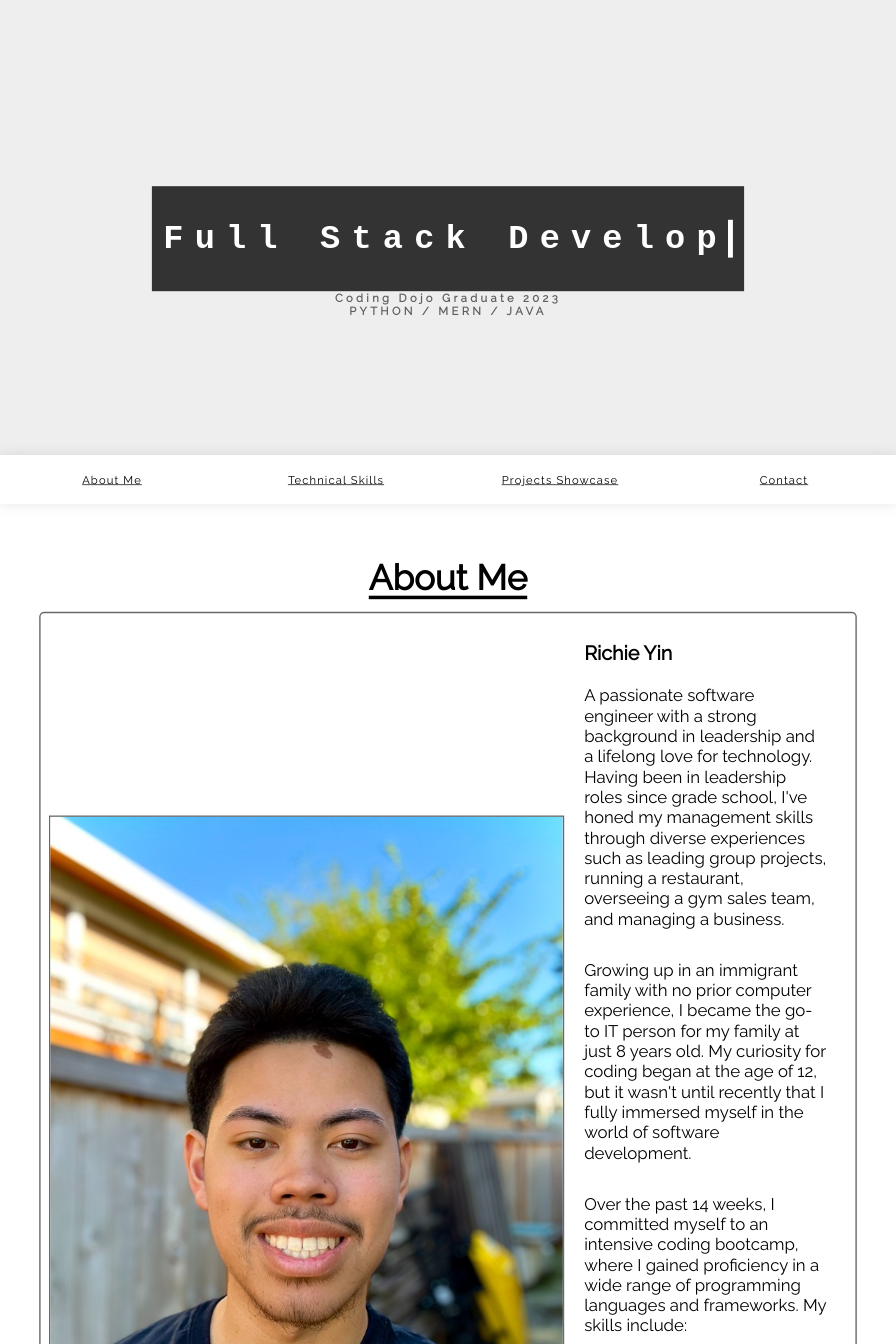
Repository: RICHIE-YIN/Personal-Portfolio
Page: index.html
The author's editor kept a copy of each file at every save. The page is drawn from the files as they stood at one save, then again after the next save.
The browser window is 1280 px wide. The pictures show the part of the page from y = 0 to 1920 px (the page is 4183 px tall before and 4473 px after), at 70% of full size.
Some web fonts or font styles are not loaded; a fallback is used.

Above is the page before, as saved 2023-06-19 23:15:30.
Console error: TypeError: Cannot read properties of null (reading 'getBoundingClientRect')

After the next save:
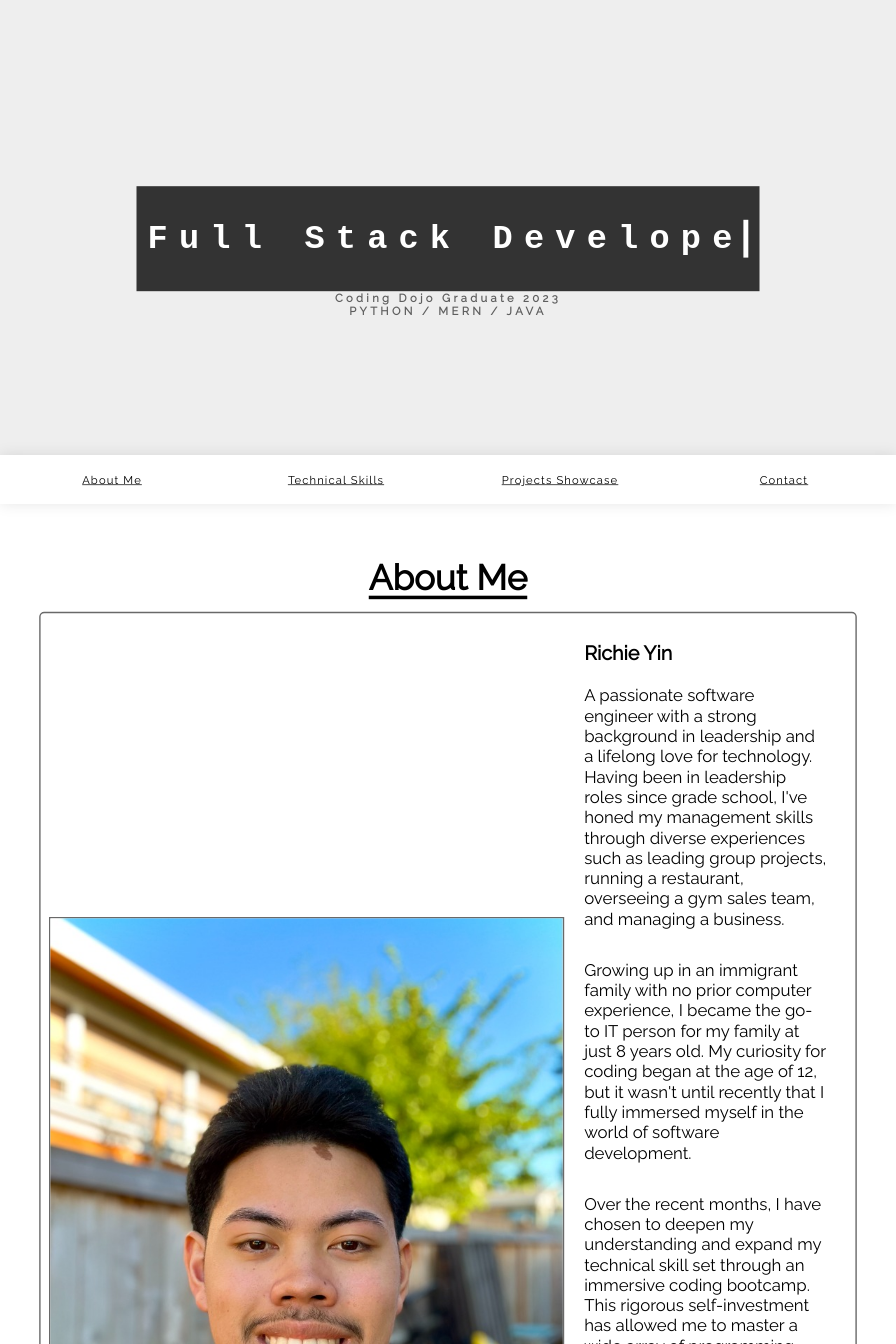
Saved 2 days later.
--- a/index.html
+++ b/index.html
@@ -4,7 +4,7 @@
     <meta charset="UTF-8">
     <meta http-equiv="X-UA-Compatible" content="IE=edge">
     <meta name="viewport" content="width=device-width, initial-scale=1.0">
-    <title>Document</title>
+    <title>Richie Yin's Portfolio</title>
     <link rel="stylesheet" href="styles.css">
     <style></style>
     <style>
@@ -12,7 +12,7 @@
     </style>
 </head>
 <body>
-    <div class="container">
+    <div class="contianer">
         <section class="et-hero-tabs">
             <div class="typewriter">
                 <h1 id="text">Richie Yin</h1>
@@ -46,7 +46,7 @@
                     <p>Growing up in an immigrant family with no prior computer experience, I became the go-to IT person for my family at just 8 years old. My curiosity for coding began at the age of 12, but it wasn't until recently that I fully immersed myself in the world of software development.
                     <br>
                     <br>
-                    <p>Over the past 14 weeks, I committed myself to an intensive coding bootcamp, where I gained proficiency in a wide range of programming languages and frameworks. My skills include:</p>
+                    <p>Over the recent months, I have chosen to deepen my understanding and expand my technical skill set through an immersive coding bootcamp. This rigorous self-investment has allowed me to master a wide array of programming languages and frameworks. In doing so, I have significantly enhanced my software engineering capabilities, enabling me to tackle increasingly complex technical challenges with greater confidence. My skill set now encompasses:</p>
                     <br>
                     <ul>
                         <li><strong>Web Fundamentals:</strong> HTML5 / CSS3 / JavaScript / jQuery</li>
@@ -167,7 +167,7 @@
                 <div class="project-popup" id="project1" style="display: none;">
                     <div class="project-popup-content">
                         <img src="your_gif_url_here.gif" alt="Project 1">
-                        <a href="your_project_link_here" target="_blank">Check out the project</a>
+                        <a href="18.236.177.166" target="_blank">Check out GymBud!</a>
                         <button onclick="closePopup('project1')">Close</button>
                     </div>
                 </div>
